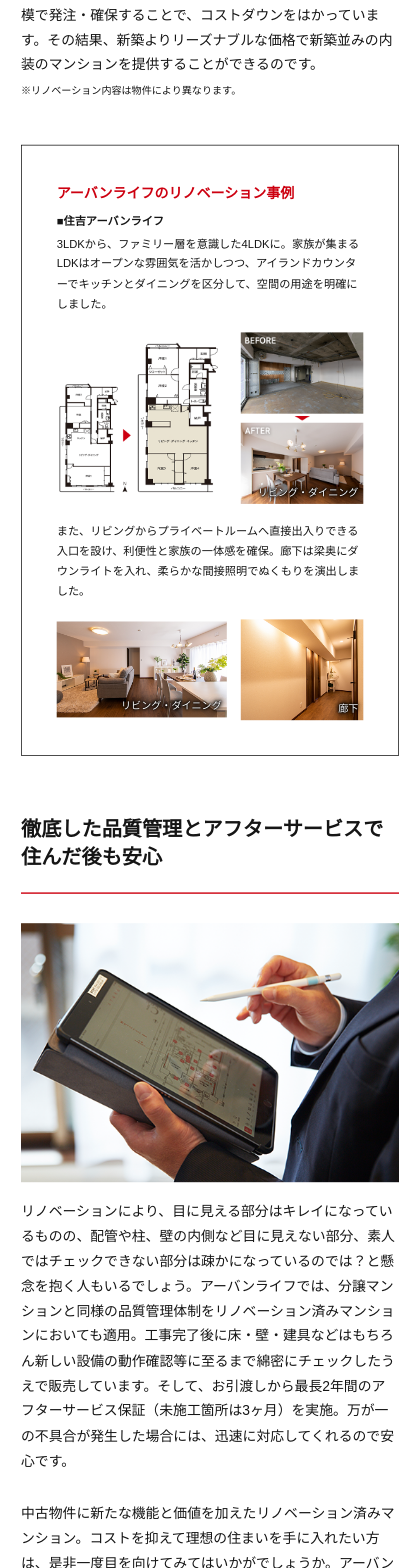
Repository: duongspm/group-kansai_new-data
Page: group-kansai_new/pickup/column07.html
The author's editor kept a copy of each file at every save. The page is drawn from the files as they stood at one save, then again after a run of saves.
The browser window is 600 px wide. The pictures show the part of the page from y = 3837 to 6077 px (the page is 7197 px tall before and 7136 px after), at 70% of full size.

Above is the page before, as saved 2023-06-30 16:28:09.

After the next 2 saves:
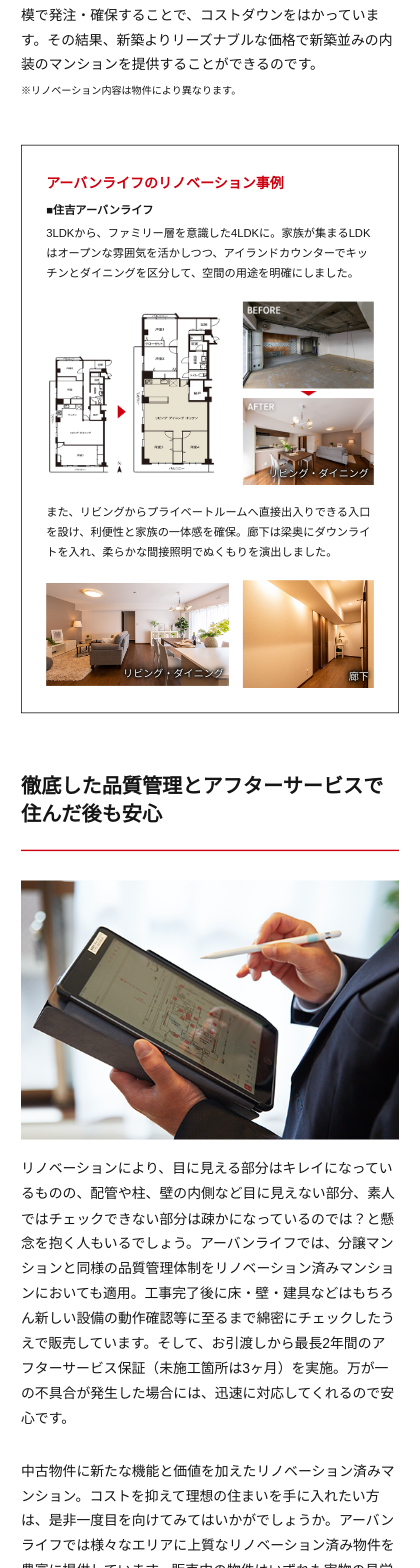
The 2 saves are shown as one change because they came seconds apart.
The last was saved 2 min 51 s later.
--- a/group-kansai_new/pickup/css/column.css
+++ b/group-kansai_new/pickup/css/column.css
@@ -226,4 +226,7 @@
     .column07-02 .column-box_inner .txt-small {
         font-size: 1.2rem;
     }
-}
+    .column07__box{
+        padding: 35px;
+    }
+}
